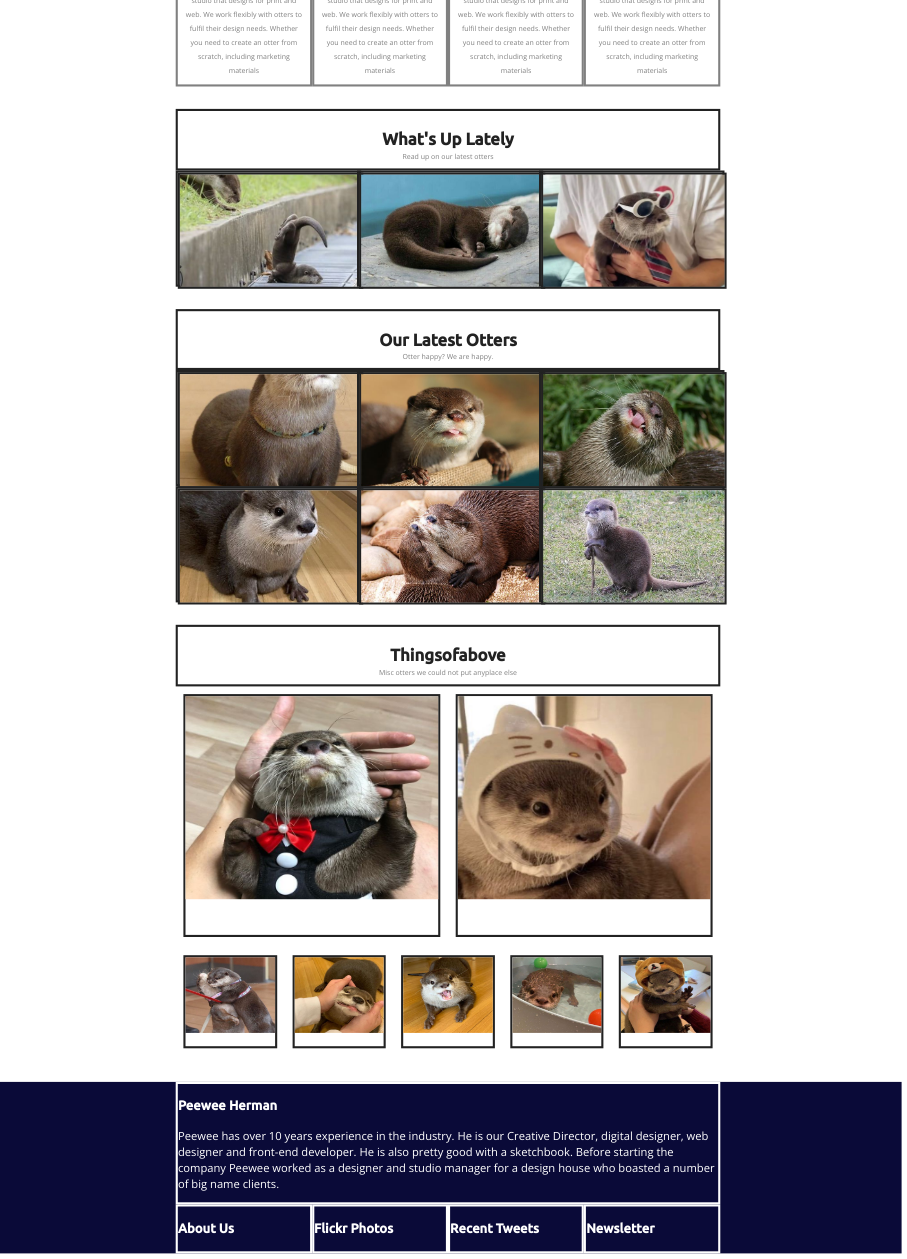
Repository: kennyharman/Marlowe_Kenny_Lab_02B
Page: index.html
An editor plug-in stored every save of this project. The page is shown before and after a run of saves, followed by the edit.
The browser window is 1280 px wide. The page is 1296 px wide, so the pictures cover 1296 px, including what lies to the right of the window. The pictures show the part of the page from y = 831 to 2711 px (the page is 2630 px tall before and 2870 px after), at 70% of full size.

Above is the page before, as saved 2024-02-08 19:16:42.

After the next 3 saves:
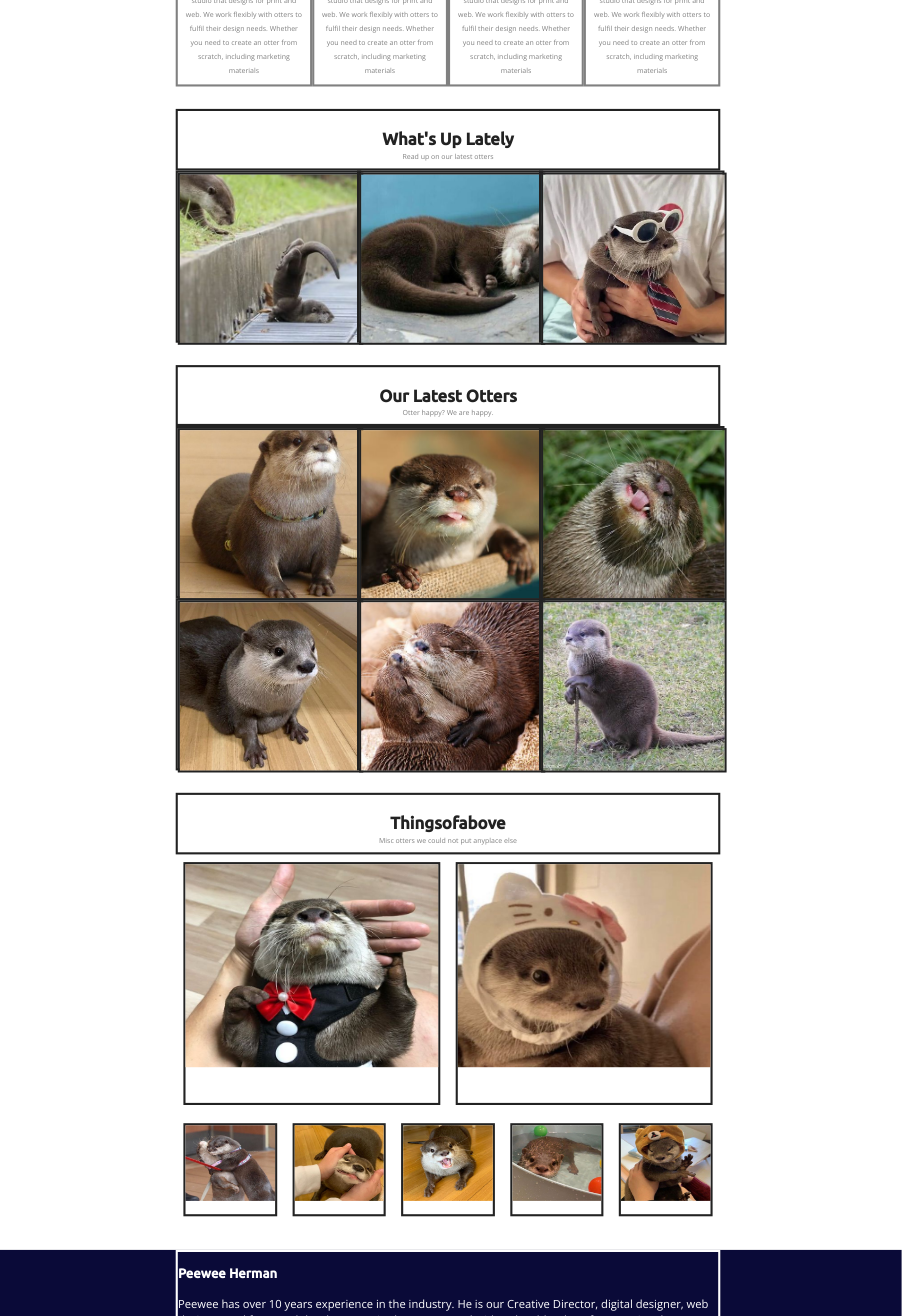
The 3 saves are shown as one change because they came seconds apart.
The last was saved 12 s later.
--- a/css/style.css
+++ b/css/style.css
@@ -366,7 +366,7 @@
 
 .image {
   width: 100%;
-  height: 10rem;
+  height: 15rem;
 }
 
 .image > img {
